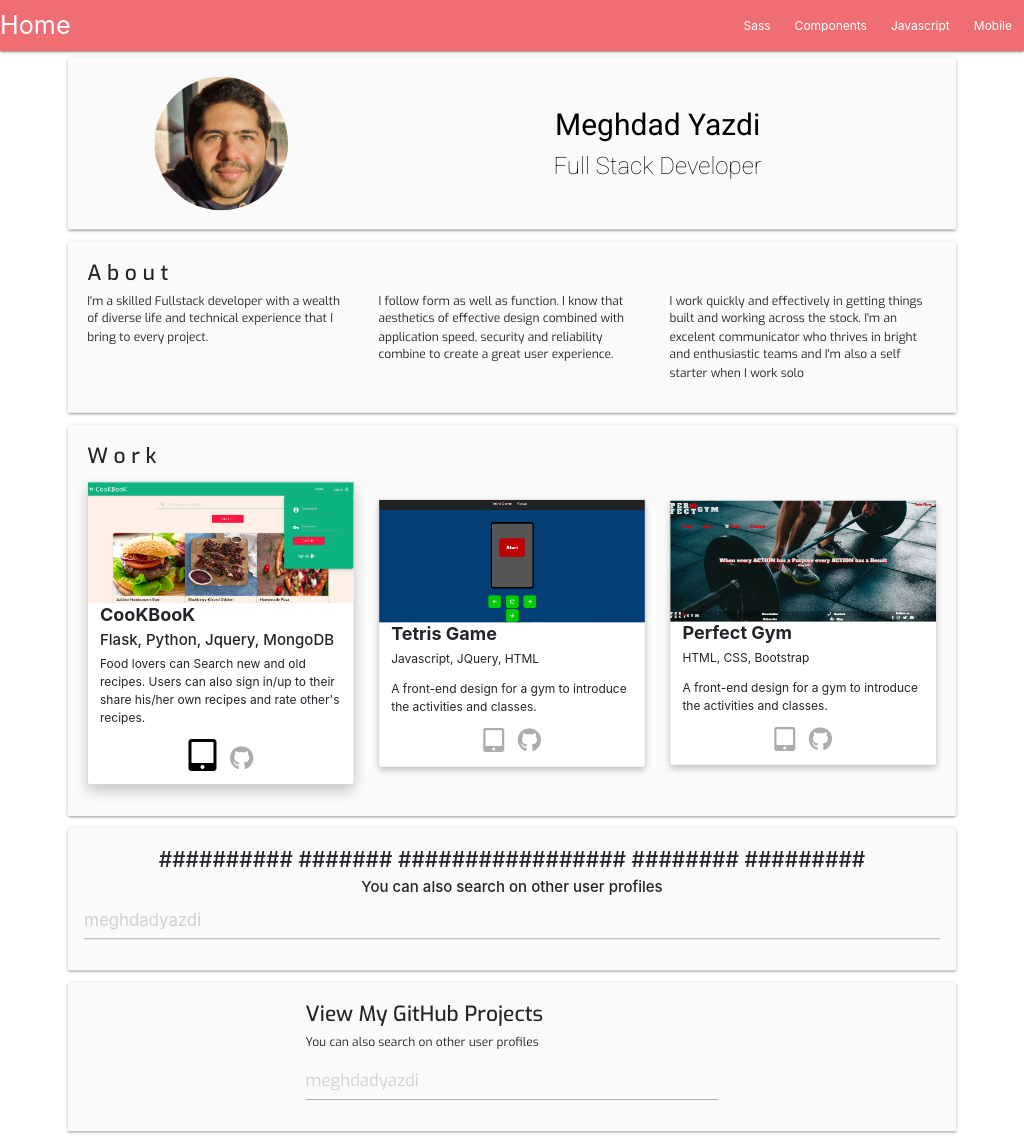
Repository: meghdadyazdi/SD_Res
Page: index.html
The author's editor kept a record of every edit. The page is drawn from the files as they stood at one moment, then again after the next edit.
The browser window is 1280 px wide. The pictures show the whole page, at 80% of full size.
The pointer rests on the first visible `.fa-tablet-alt`.
Some web libraries are served in a nearby version.

Above is the page before.
Console error: ReferenceError: $ is not defined

After the next edit:
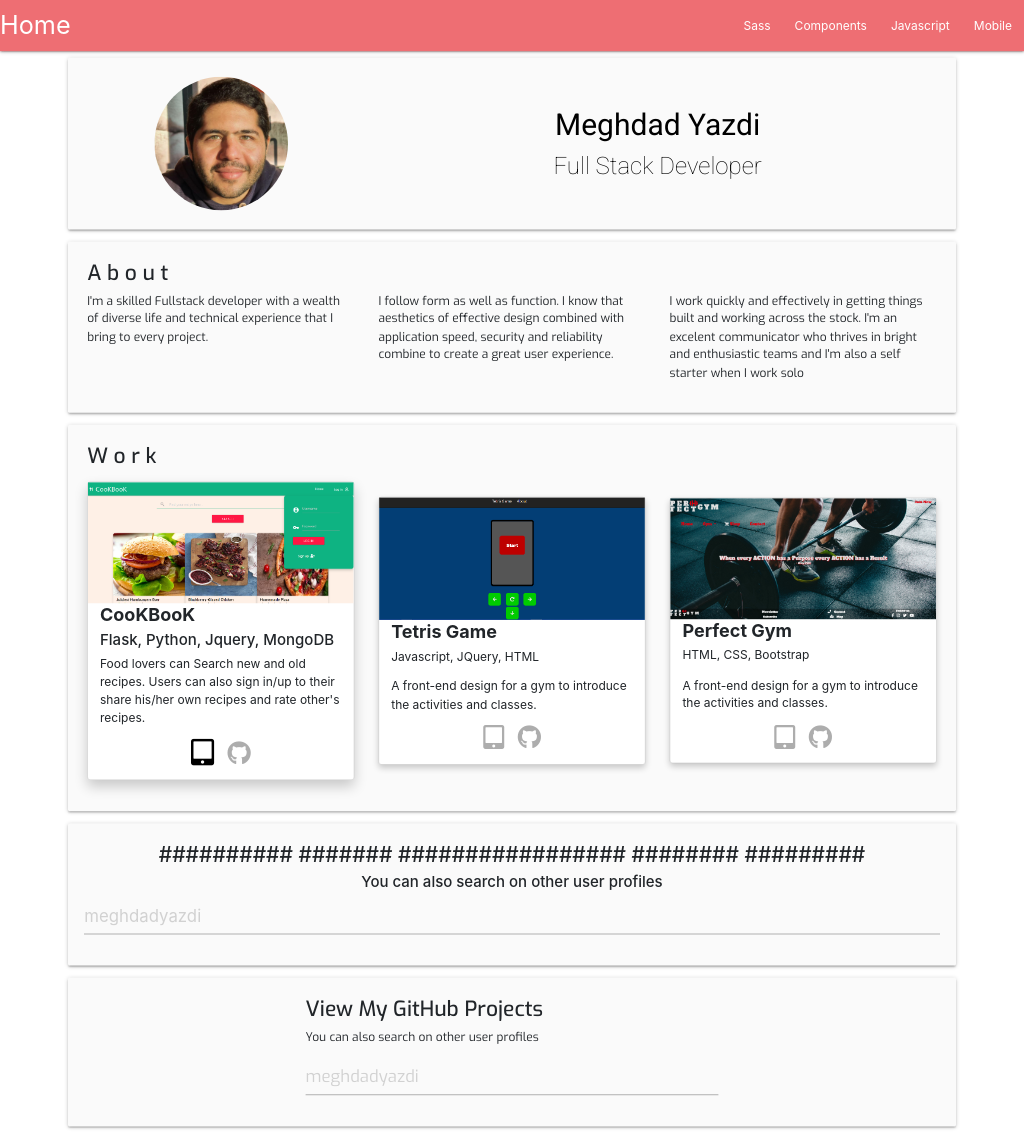
The edit:
--- a/assets/style.css
+++ b/assets/style.css
@@ -92,7 +92,7 @@
 }
 
 .fa-tablet-alt:hover{
-  font-size: 40px;
+  font-size: 33px;
   color: #000
 }
 
